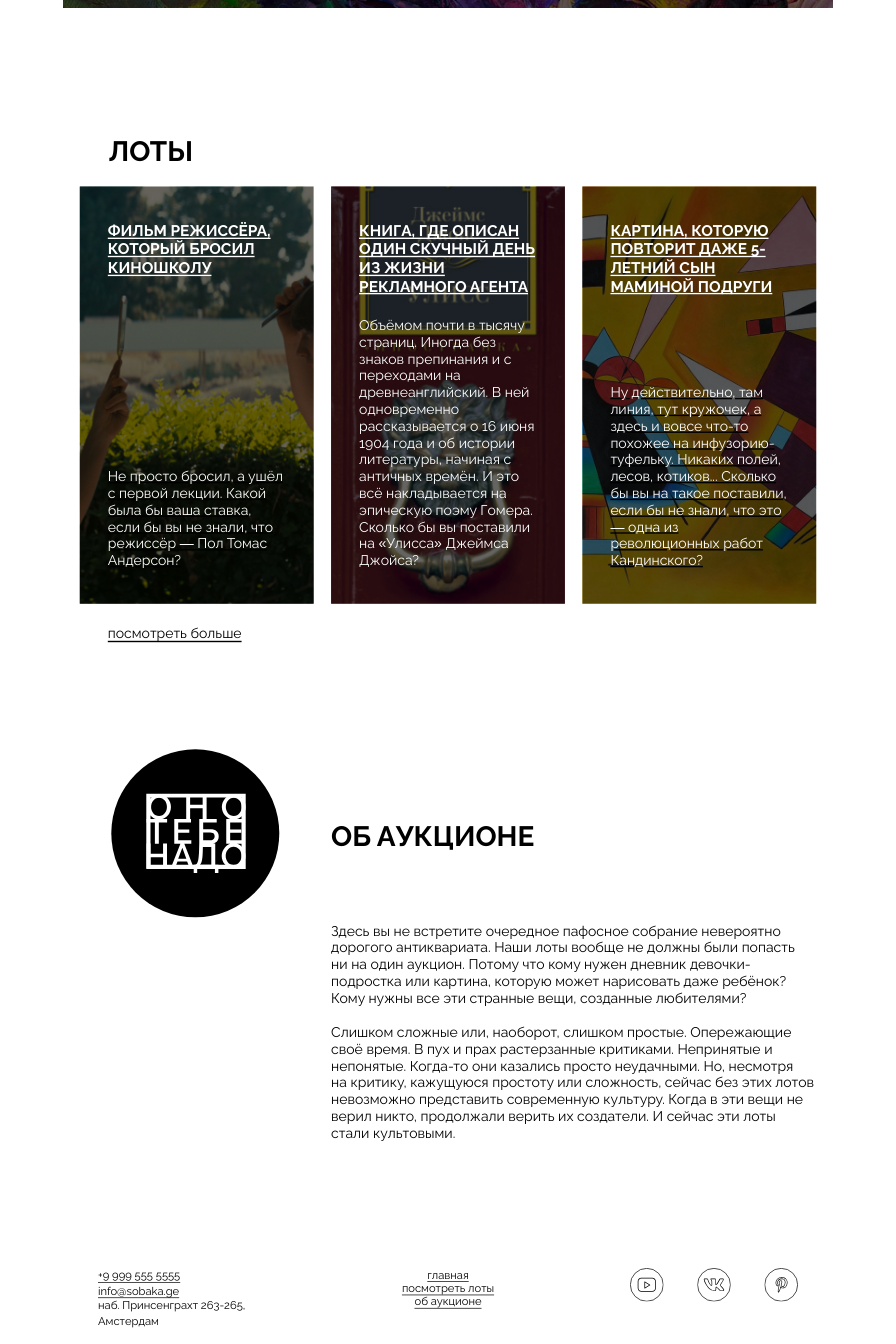
Repository: NikWolf75/ono-tebe-nado-fd
Page: index.html
The author's editor kept a copy of each file at every save. The page is drawn from the files as they stood at one save, then again after a run of saves.
The browser window is 1280 px wide. The pictures show the part of the page from y = 1038 to 2958 px (the page is 2958 px tall before and 2919 px after), at 70% of full size.

Above is the page before, as saved 2024-12-17 14:10:59.

### index.html
<!DOCTYPE html>
<html lang="ru">
  <head>
    <meta charset="UTF-8">
    <meta http-equiv="X-UA-Compatible" content="IE=edge">
    <meta name="viewport" content="width=device-width, initial-scale=1.0">
    <link href="./fonts/fonts.css" rel="stylesheet">
    <link href="./styles/global.css" rel="stylesheet">
    <link href="./styles/style.css" rel="stylesheet">
    <title>Оно тебе надо — аукцион вещей, в которые никто не верил</title>
  </head>
  <body>
    <header class="header">
      <nav class="header__menu">
        <ul class="header__links-list">
          <li class="header__links-list-item header__links-list-item_no-bullit">
            <a class="header__link header__link-active" href="main">главная</a>
          </li>
          <li class="header__links-list-item">
            <a class="header__link" href="#lots">посмотреть лоты</a>
          </li>
          <li class="header__links-list-item">
            <a class="header__link" href="#about-lots">об аукционе</a>
          </li>
        </ul>
      </nav>
      <a class="header__logo">
        <img
          class="header__logo-image"
          src="./images/logo-black.svg"
          alt="Лого"
        >
      </a>
      <address class="header__address">
        <a href="tel:+99995555555">+9 999 555 5555</a><br>
        <a href="mailto:info@sobaka.ge">info@sobaka.ge</a><br>
        <p> наб. Принсенграхт 263-<br>265, Амстердам</p>
      </address>
    </header>
    <main>
      <section class="cover">
        <div class="overlay"></div>
        <h1 class="cover__title">
          <span class="cover__main-text text-left">Оно</span>
          <span class="cover__main-text text-center">Тебе</span>
          <span class="cover__main-text text-right">Надо</span>
        </h1>
        <div class="cover__discription">
          <p class="cover__discription-text">Аукцион вещей, в которые никто не верил</p>
          <a class="bet-button">Сделать ставку</a>
        </div>
      </section>
      <section class="lots">
        <h2 class="lots__heading">Лоты</h2>
          <ul class="lots__card-list">
            <li class="lots__card-list-item">
              <a class="card-link" href="main">
                <article class="card card_type_film">
                  <div class="overlay"></div>
                  <h3 class="card__title">
                    Фильм режиссёра, который бросил киношколу
                  </h3>
                  <p class="card__text">
                    Не просто бросил, а ушёл
                    с первой лекции. Какой
                    была бы ваша ставка, если бы вы не знали, что
                    режиссёр — Пол Томас
                    Андерсон?
                  </p>
                </article>
              </a>
            </li>
            <li class="lots__card-list-item">
              <a class="card__link" href="main">
                <article class="card card_type_book">
                  <div class="overlay"></div>
                  <h3 class="card__title">
                    Книга, где описан
                    один скучный день
                    из жизни
                    рекламного агента
                  </h3>
                  <p class="card__text">
                    Объёмом почти в тысячу
                    страниц. Иногда без
                    знаков препинания и с переходами на
                    древнеанглийский. В ней
                    одновременно
                    рассказывается о 16 июня
                    1904 года и об истории
                    литературы, начиная с
                    античных времён. И это
                    всё накладывается на
                    эпическую поэму Гомера.
                    Сколько бы вы поставили
                    на «Улисса» Джеймса
                    Джойса?
                  </p>
                </article>
              </a>
            </li>
            <li class="lots__card-list-item">
              <a class="card-link" href="main">
                <article class="card card_type_picture">
                  <div class="overlay"></div>
                  <h3 class="card__title">
                    Картина, которую
                    повторит даже 5-
                    летний сын
                    маминой подруги
                  </h3>
                  <p class="card__text">
                    Ну действительно, там
                    линия, тут кружочек, а
                    здесь и вовсе что-то
                    похожее на инфузорию-
                    туфельку. Никаких полей,
                    лесов, котиков... Сколько
                    бы вы на такое поставили,
                    если бы не знали, что это
                    — одна из
                    революционных работ
                    Кандинского?
                  </p>
                </article>
              </a>
            </li>
          </ul>
          <a class="lots__see-more" href="#main">посмотреть больше</a>
      </section>
      <section class="about-lots" id="#about">
        <div class="about-lots__column">
          <div class="about-lots__logo">
            <img
              class="about-lots__logo-image"
              src="./images/logo-white.svg"
              alt="Лого"
            />
          </div>
        </div>
        <div class="about-lots__column">
          <h2 class="about-lots__title">Об аукционе</h2>
          <div class="about-lots__text">
            <p>
              Здесь вы не встретите очередное пафосное собрание невероятно
              дорогого антиквариата. Наши лоты вообще не должны были попасть
              ни на один аукцион. Потому что кому нужен дневник девочки-
              подростка или картина, которую может нарисовать даже ребёнок?
              Кому нужны все эти странные вещи, созданные любителями?
            </p>
            <p>
              Слишком сложные или, наоборот, слишком простые. Опережающие
              своё время. В пух и прах растерзанные критиками. Непринятые
              и непонятые. Когда-то они казались просто неудачными. Но, несмотря
              <br>на критику, кажущуюся простоту или сложность, сейчас без этих
              лотов невозможно представить современную культуру. Когда в эти вещи не
              верил никто, продолжали верить их создатели. И сейчас эти лоты
              стали культовыми.
            </p>
          </div>
        </div>
      </section>
    </main>
    <footer class="footer">
      <address class="address">
        <a href="tel:+99995555555">+9 999 555 5555</a><br>
        <a href="mailto:info@sobaka.ge">info@sobaka.ge</a><br>
        <p> наб. Принсенграхт 263-265,<br>Амстердам</p><br>
      </address>
      <nav class="footer__menu">
        <ui class="footer__menu-list">
          <li class="footer__menu-list-item">
            <a class="footer__menu-link footer__menu-link-active" href="#main">главная</a>
          </li>
          <li class="footer__menu-list-item">
            <a class="footer__menu-link" href="#lots">посмотреть лоты</a>
          </li>
          <li class="footer__menu-list-item">
            <a class="footer__menu-link" href="#about-lots">об аукционе</a>
          </li>
        </ui>
      </nav>
      <nav class="footer__social">
        <ul class="footer__social-list">
          <li class="footer__social-list-item">
            <a class="footer__social-link" href="#main">
              <img
                class="footer__social-logo"
                src="./images/yt.svg"
                alt="youtube"
              />
            </a>
          </li>
          <li class="footer__menu-list-item">
            <a class="footer__social-link" href="#main">
              <img
                class="footer__social-logo"
                src="./images/vk.svg"
                alt="vk"
              />
            </a>
          </li>
          <li class="footer__menu-list-item">
            <a class="footer__social-link" href="#main">
              <img
                class="footer__social-logo"
                src="./images/pinterest.svg"
                alt="pinterest"
              />
            </a>
          </li>
        </ul>
      </nav>
    </footer>
  </body>
</html>

### styles/global.css
*,
*::before,
*::after {
  box-sizing: border-box;
}

body {
  width: 1100px;
  margin: 0 auto;
  font-family: Raleway, sans-serif;
}

h1,
h2,
h3,
h4,
h5,
h6,
p,
ul,
ol,
li,
blockquote {
  margin: 0;
  padding: 0;
}

a {
  color: inherit;
}

img {
  width: 100%;
}

### styles/style.css
.header {
  display: grid;
  grid-template-columns: 1fr min-content 1fr;
  align-items: center;
  padding: 91px 51px 97px 51px;
  font-style: normal;
  font-size: 18px;
  font-weight: 400;
}

.header__links-list {
  display: flex;
  gap: 32px;
  list-style: circle;
}

.header__links-list-item_no-bullit {
  list-style: none;
}

.header__link {
  text-underline-position: under;
}

.header__link-active {
  text-decoration: none;
}

.header__logo {
  width: 148px;
  height: 105px;
  padding: 1px 6px 0 6px;
}

.header__address {
  max-width: 240px;
  justify-self: end;
  font-style: normal;
  line-height: 135%;
  text-underline-position: under;
  padding: 2px 36px 2px 0;
}

.cover {
  background-image: url(../images/cover.jpg);
  background-size: cover;
  background-repeat: no-repeat;
  background-position: center top;
  padding: 164px 0 49px 51px;
  display: flex;
  flex-direction: column;
  gap: 79px;
  position: relative;
}

.overlay {
  position: absolute;
  z-index: 1;
  top: 0;
  left: 0;
  width: 100%;
  height: 100%;
  background-color: rgb(0, 0, 0, 0.6);
}

.cover__title {
  position: relative;
  z-index: 2;
  font-weight: 700;
  font-size: 100px;
  letter-spacing: 0.3em;
  text-transform: uppercase;
  color: #fff;
}

.cover__main-text {
  display: block;
  line-height: 115%;
}

.text-left {
  text-align: start;
}

.text-center {
  text-align: center;
  padding: 20px 20px 12px 0;
}

.text-right {
  text-align: right;
  padding: 8px 20px 29px 0;
}

.cover__discription {
  z-index: 2;
  display: flex;
  align-items: center;
  justify-content: start;
  line-height: 140%;
  gap: 110px;
}

.cover__discription-text {
  font-size: 22px;
  color: #fff;
  word-spacing: 18px;
  line-height: 127%;
  white-space: nowrap;
  text-transform: uppercase;
}

.bet-button {
  width: 256px;
  height: 51px;
  font-weight: 500;
  text-align: center;
  padding: 10px 0 0 0;
  font-size: 22px;
  color: #fff;
  border: 1px solid #fff;
  text-transform: uppercase;
  background-color: transparent;
}
.lots {
  display: flex;
  flex-direction: column;
  padding: 180px 24px 150px 24px;
}

.lots__heading {
  font-weight: 700;
  font-size: 40px;
  text-transform: uppercase;
  margin: 0 0 28px 41px;
}

.lots__card-list {
  display: flex;
  justify-content: center;
  list-style: none;
  gap: 25px
}

.lots__card-list-item {
  width: 334px;
  min-height: 596px;
  flex-grow: 1;
}

.card__link {
  display: block;
  text-decoration: none;
  height: 100%;
}

.card {
  position: relative;
  background-size: cover;
  background-repeat: no-repeat;
  background-position: center;
  display: flex;
  flex-direction: column;
  justify-content: space-between;
  padding: 50px 40px;
  height: 100%;
}

.card_type_film {
  background-image: url(../images/card-lot-01.jpg);
}

.card_type_book {
  background-image: url(../images/card-lot-02.jpg);
}

.card_type_picture {
  background-image: url(../images/card-lot-03.jpg);
}

.card__title {
  font-weight: 700;
  font-size: 22px;
  line-height: 120%;
  z-index: 2;
  text-transform: uppercase;
  text-decoration: underline;
  text-decoration-skip-ink: none;
  color: #fff;
}

.card__text {
  font-weight: 400;
  font-size: 20px;
  line-height: 120%;
  z-index: 2;
  color: #fff;
}

.lots__see-more {
  text-underline-position: under;
  font-weight: 400;
  font-size: 20px;
  color: #000;
  padding: 30px 0 4px 40px;
}

.about-lots {
  display: grid;
  grid-template-columns: 330px auto;
  justify-items: center;
  padding: 0 27px 100px 24px;
  gap: 29px;
}

.about-lots__logo {
  display: flex;
  justify-content: center;
  align-items: center;
  width: 240px;
  height: 240px;
  border-radius: 100%;
  background-color: #000;
}

.about-lots__logo-image {
  width: 148px;
  height: 114px;
}

.about-lots__title {
  margin: 100px 0;
  font-size: 40px;
  font-weight: 700;
  font-style: normal;
  text-transform: uppercase;
}

.about-lots__text {
  display: flex;
  flex-direction: column;
  gap: 25px;
  font-size: 20px;
  line-height: 120%;
}

.footer {
  padding: 81px 50px 0;
  display: grid;
  grid-template-columns: 1fr auto 1fr;
}

.address {
  font-style: normal;
  font-weight: 400;
  line-height: 135%;
  text-underline-position: under;
}

.footer__menu-list {
  display: flex;
  flex-direction: column;
  align-items: center;
  list-style: none;
}

.footer__menu-link {
  text-underline-position: under;
}

.footer__menu-link_active {
  text-decoration: none;
}

.footer__social {
  justify-self: end;
}

.footer__social-list {
  display: flex;
  justify-content: space-between;
  gap: 48px;
  list-style: none;
}

.footer__social-list-item {
  height: 100%;
}

.footer__social-link {
  text-decoration: none;
}

.footer__social-logo {
  height: 48px;
}

Loaded but not shown: fonts/fonts.css (common file)

After the next 2 saves:
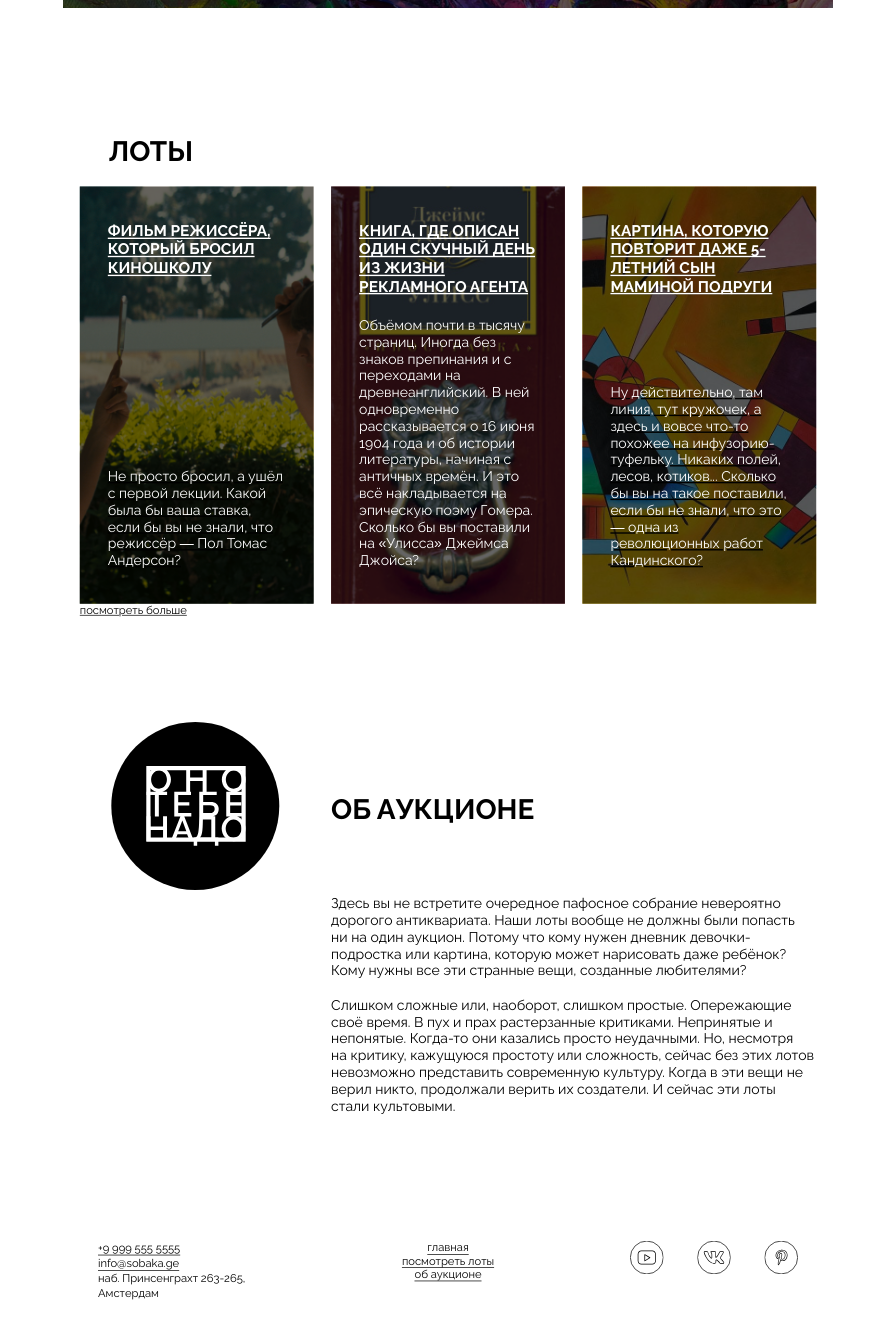
The 2 saves are shown as one change because they came seconds apart.
The last was saved 26 s later.
--- a/styles/style.css
+++ b/styles/style.css
@@ -197,7 +197,7 @@
   color: #fff;
 }
 
-.lots__see-more {
+.lots__look-more-link {
   text-underline-position: under;
   font-weight: 400;
   font-size: 20px;

After the save that followed:
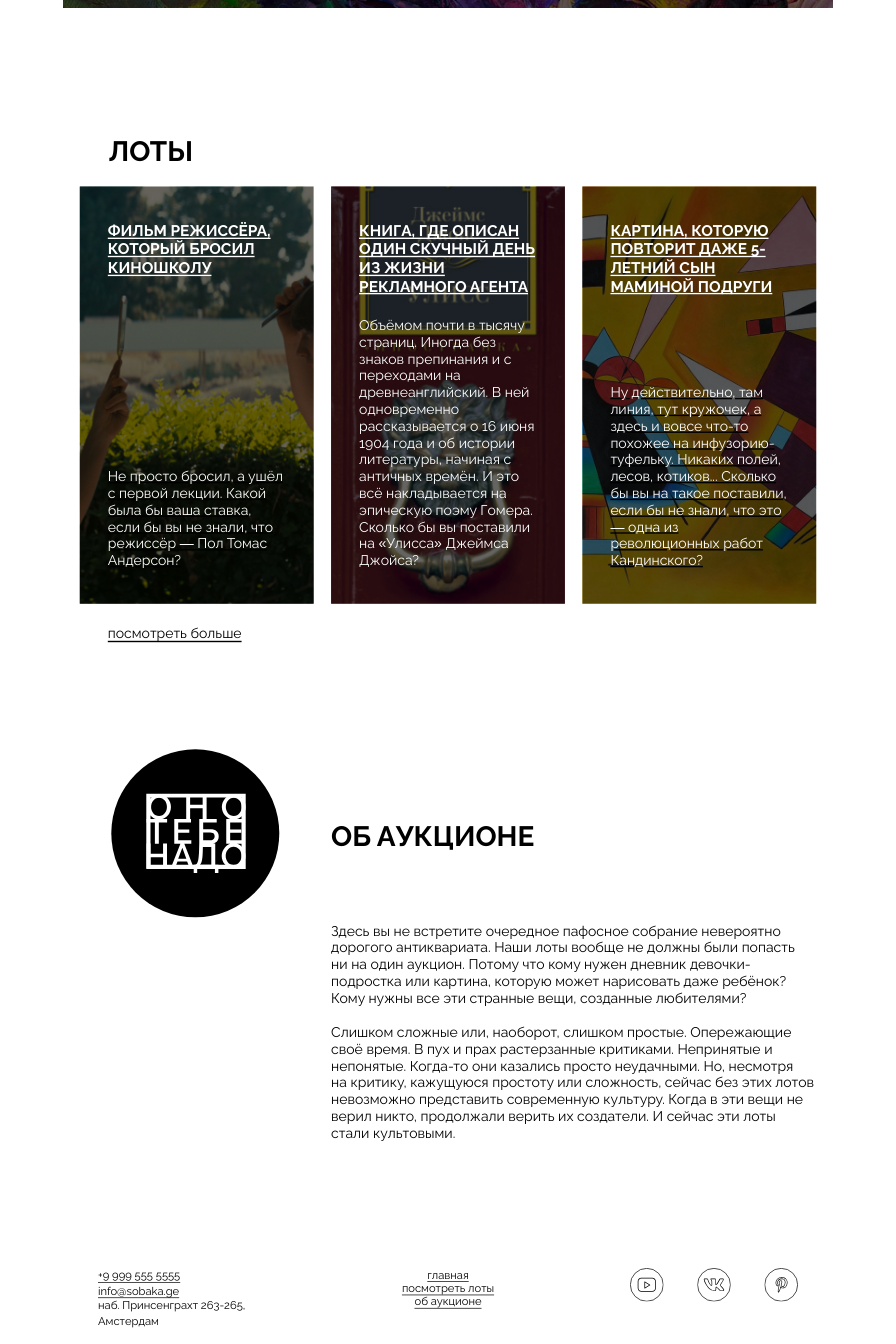
Saved 5 s later.
--- a/index.html
+++ b/index.html
@@ -126,7 +126,7 @@
               </a>
             </li>
           </ul>
-          <a class="lots__see-more" href="#main">посмотреть больше</a>
+          <a class="lots__look-more-link" href="#main">посмотреть больше</a>
       </section>
       <section class="about-lots" id="#about">
         <div class="about-lots__column">
